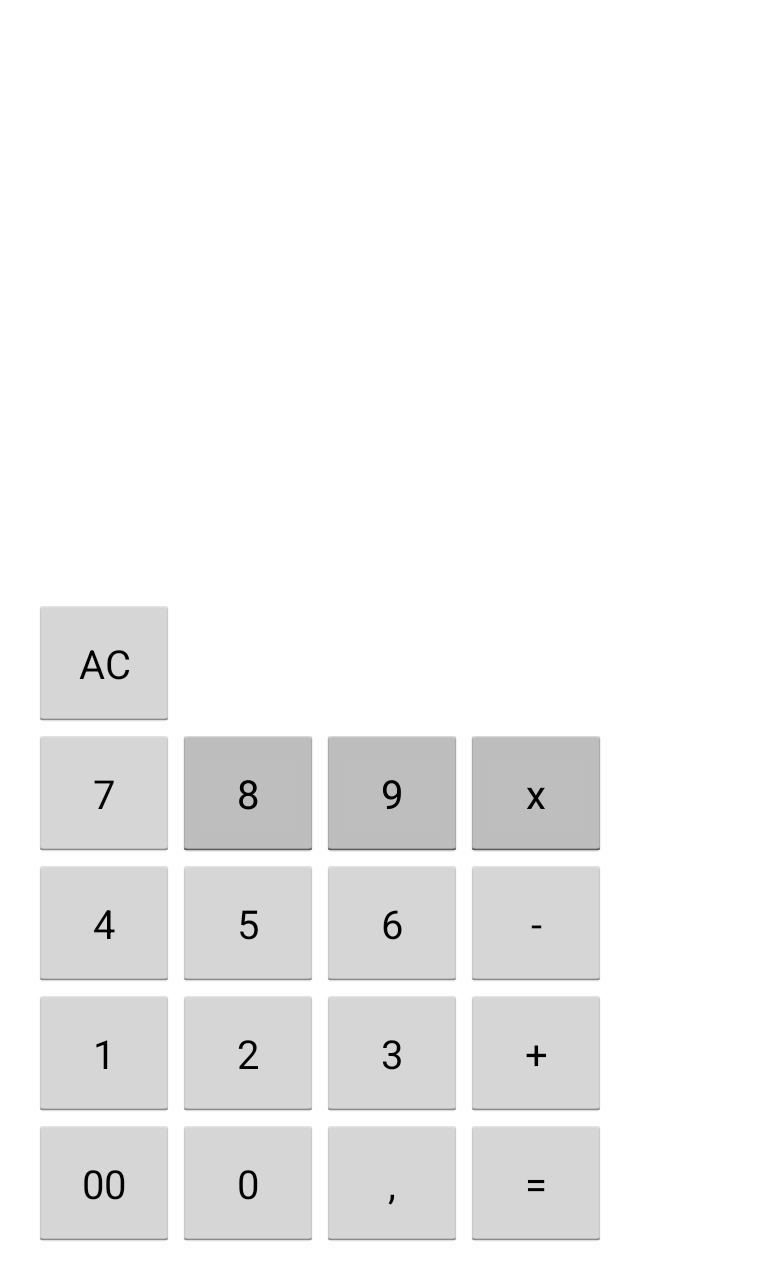
Repository: kisahtegar/mp_java_si6
Layout: MyCalculator/res/layout/activity_main.xml
These files come from the project's save history. The layout is drawn as it stood at one moment and after the next save; the edit follows.
It is drawn on a 768 x 1280 px phone screen (xhdpi) without system bars, with theme AppTheme; the app's code is not run.

Above is the layout before, as saved 2024-05-14 10:19:41.

### MyCalculator/res/layout/activity_main.xml
<RelativeLayout xmlns:android="http://schemas.android.com/apk/res/android"
    xmlns:tools="http://schemas.android.com/tools"
    android:layout_width="match_parent"
    android:layout_height="match_parent"
    android:paddingBottom="@dimen/activity_vertical_margin"
    android:paddingLeft="@dimen/activity_horizontal_margin"
    android:paddingRight="@dimen/activity_horizontal_margin"
    android:paddingTop="@dimen/activity_vertical_margin"
    tools:context=".MainActivity" >

    <!-- First Layer -->
    <Button
        android:id="@+id/btnDoubleZero"
        style="?android:attr/buttonStyleSmall"
        android:layout_width="72dp"
        android:layout_height="65dp"
        android:layout_alignParentBottom="true"
        android:layout_alignParentLeft="true"
        android:text="00"
        android:textSize="20sp" />

    <Button
        android:id="@+id/btnZero"
        style="?android:attr/buttonStyleSmall"
        android:layout_width="72dp"
        android:layout_height="65dp"
        android:layout_alignParentBottom="true"
        android:layout_toRightOf="@+id/btnDoubleZero"
        android:text="0"
        android:textSize="20sp" />

    <Button
        android:id="@+id/btnComma"
        style="?android:attr/buttonStyleSmall"
        android:layout_width="72dp"
        android:layout_height="65dp"
        android:layout_alignParentBottom="true"
        android:layout_toRightOf="@+id/btnZero"
        android:text=","
        android:textSize="20sp" />

    <Button
        android:id="@+id/btnEqual"
        style="?android:attr/buttonStyleSmall"
        android:layout_width="72dp"
        android:layout_height="65dp"
        android:layout_alignParentBottom="true"
        android:layout_toRightOf="@+id/btnComma"
        android:text="="
        android:textSize="20sp" />

    <!-- Second Layer -->
    <Button
        android:id="@+id/btnOne"
        style="?android:attr/buttonStyleSmall"
        android:layout_width="72dp"
        android:layout_height="65dp"
        android:layout_above="@+id/btnDoubleZero"
        android:layout_alignParentLeft="true"
        android:text="1"
        android:textSize="20sp" />

    <Button
        android:id="@+id/btnTwo"
        style="?android:attr/buttonStyleSmall"
        android:layout_width="72dp"
        android:layout_height="65dp"
        android:layout_above="@+id/btnZero"
        android:layout_toRightOf="@+id/btnOne"
        android:text="2"
        android:textSize="20sp" />

    <Button
        android:id="@+id/btnThree"
        style="?android:attr/buttonStyleSmall"
        android:layout_width="72dp"
        android:layout_height="65dp"
        android:layout_above="@+id/btnComma"
        android:layout_toRightOf="@+id/btnTwo"
        android:text="3"
        android:textSize="20sp" />

    <Button
        android:id="@+id/btnPlus"
        style="?android:attr/buttonStyleSmall"
        android:layout_width="72dp"
        android:layout_height="65dp"
        android:layout_above="@+id/btnEqual"
        android:layout_toRightOf="@+id/btnThree"
        android:text="+"
        android:textSize="20sp" />

    <!-- Third Layer -->
    <Button
        android:id="@+id/btnFour"
        style="?android:attr/buttonStyleSmall"
        android:layout_width="72dp"
        android:layout_height="65dp"
        android:layout_above="@+id/btnOne"
        android:layout_alignParentLeft="true"
        android:text="4"
        android:textSize="20sp" />

    <Button
        android:id="@+id/btnFive"
        style="?android:attr/buttonStyleSmall"
        android:layout_width="72dp"
        android:layout_height="65dp"
        android:layout_above="@+id/btnTwo"
        android:layout_toRightOf="@+id/btnFour"
        android:text="5"
        android:textSize="20sp" />

    <Button
        android:id="@+id/btnSix"
        style="?android:attr/buttonStyleSmall"
        android:layout_width="72dp"
        android:layout_height="65dp"
        android:layout_above="@+id/btnThree"
        android:layout_toRightOf="@+id/btnFive"
        android:text="6"
        android:textSize="20sp" />

    <Button
        android:id="@+id/btnMinus"
        style="?android:attr/buttonStyleSmall"
        android:layout_width="72dp"
        android:layout_height="65dp"
        android:layout_above="@+id/btnPlus"
        android:layout_toRightOf="@+id/btnSix"
        android:text="-"
        android:textSize="20sp" />

    <!-- Fourth Layer -->
    <Button
        android:id="@+id/btnSeven"
        style="?android:attr/buttonStyleSmall"
        android:layout_width="72dp"
        android:layout_height="65dp"
        android:layout_above="@+id/btnFour"
        android:layout_alignParentLeft="true"
        android:text="7"
        android:textSize="20sp" />

    <Button
        android:id="@+id/btnEight"
        style="?android:attr/buttonStyleSmall"
        android:layout_width="72dp"
        android:layout_height="65dp"
        android:layout_above="@+id/btnFive"
        android:layout_toRightOf="@+id/btnSeven"
        android:text="8"
        android:textSize="20sp" />

    <Button
        android:id="@+id/btnNine"
        style="?android:attr/buttonStyleSmall"
        android:layout_width="72dp"
        android:layout_height="65dp"
        android:layout_above="@+id/btnSix"
        android:layout_toRightOf="@+id/btnEight"
        android:text="9"
        android:textSize="20sp" />

    <Button
        android:id="@+id/btnMultiple"
        style="?android:attr/buttonStyleSmall"
        android:layout_width="72dp"
        android:layout_height="65dp"
        android:layout_above="@+id/btnMinus"
        android:layout_toRightOf="@+id/btnNine"
        android:text="x"
        android:textSize="20sp" />

    <!-- Five Layer -->
    <Button
        android:id="@+id/btnClearAll"
        style="?android:attr/buttonStyleSmall"
        android:layout_width="72dp"
        android:layout_height="65dp"
        android:layout_above="@+id/btnSeven"
        android:layout_alignParentLeft="true"
        android:text="AC"
        android:textSize="20sp" />

    <Button
        android:id="@+id/btnEight"
        style="?android:attr/buttonStyleSmall"
        android:layout_width="72dp"
        android:layout_height="65dp"
        android:layout_above="@+id/btnFive"
        android:layout_toRightOf="@+id/btnSeven"
        android:text="8"
        android:textSize="20sp" />

    <Button
        android:id="@+id/btnNine"
        style="?android:attr/buttonStyleSmall"
        android:layout_width="72dp"
        android:layout_height="65dp"
        android:layout_above="@+id/btnSix"
        android:layout_toRightOf="@+id/btnEight"
        android:text="9"
        android:textSize="20sp" />

    <Button
        android:id="@+id/btnMultiple"
        style="?android:attr/buttonStyleSmall"
        android:layout_width="72dp"
        android:layout_height="65dp"
        android:layout_above="@+id/btnMinus"
        android:layout_toRightOf="@+id/btnNine"
        android:text="x"
        android:textSize="20sp" />

</RelativeLayout>

Loaded but not shown: MyCalculator/res/values/styles.xml (common file); MyCalculator/res/values-v11/styles.xml (common file); MyCalculator/res/values-v14/styles.xml (common file); MyCalculator/res/values/dimens.xml (common file)

After the next save:
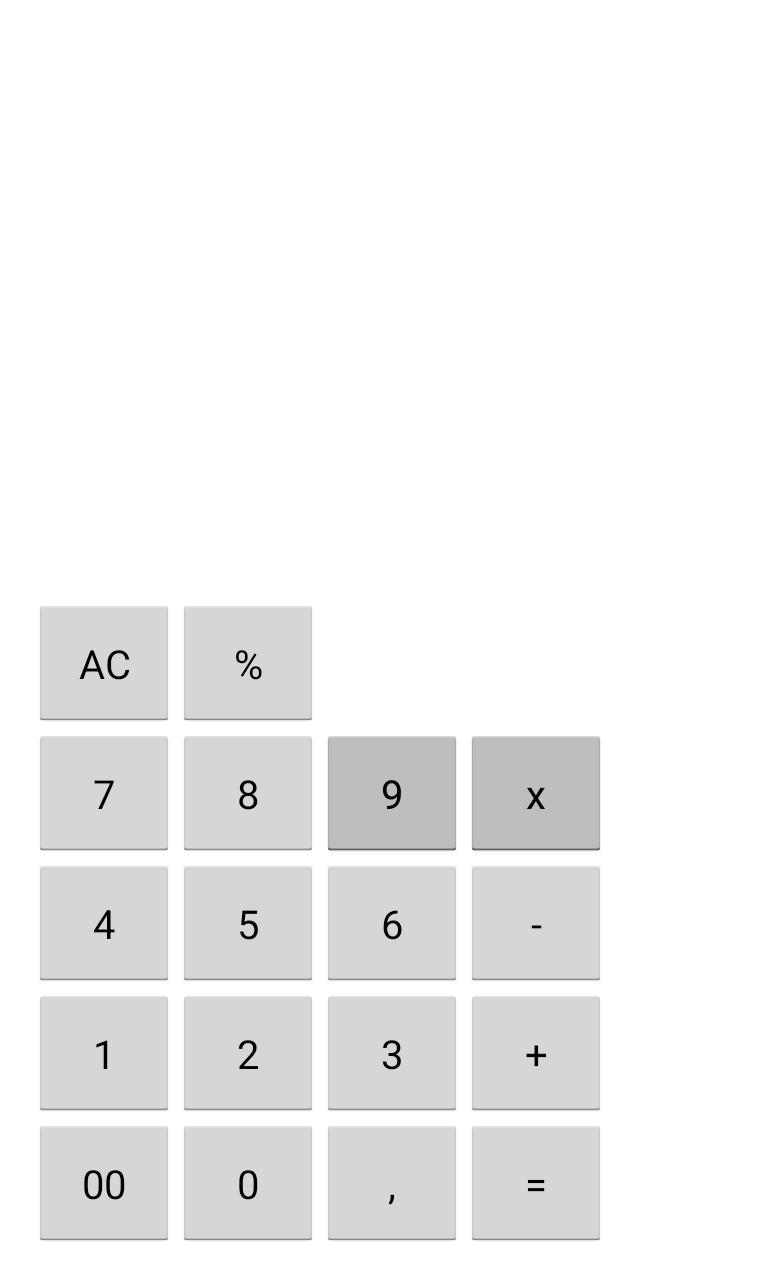
Saved 51 s later.
--- a/MyCalculator/res/layout/activity_main.xml
+++ b/MyCalculator/res/layout/activity_main.xml
@@ -184,13 +184,13 @@
         android:textSize="20sp" />
 
     <Button
-        android:id="@+id/btnEight"
-        style="?android:attr/buttonStyleSmall"
-        android:layout_width="72dp"
-        android:layout_height="65dp"
-        android:layout_above="@+id/btnFive"
-        android:layout_toRightOf="@+id/btnSeven"
-        android:text="8"
+        android:id="@+id/btnPercent"
+        style="?android:attr/buttonStyleSmall"
+        android:layout_width="72dp"
+        android:layout_height="65dp"
+        android:layout_above="@+id/btnEight"
+        android:layout_toRightOf="@+id/btnClearAll"
+        android:text="%"
         android:textSize="20sp" />
 
     <Button
